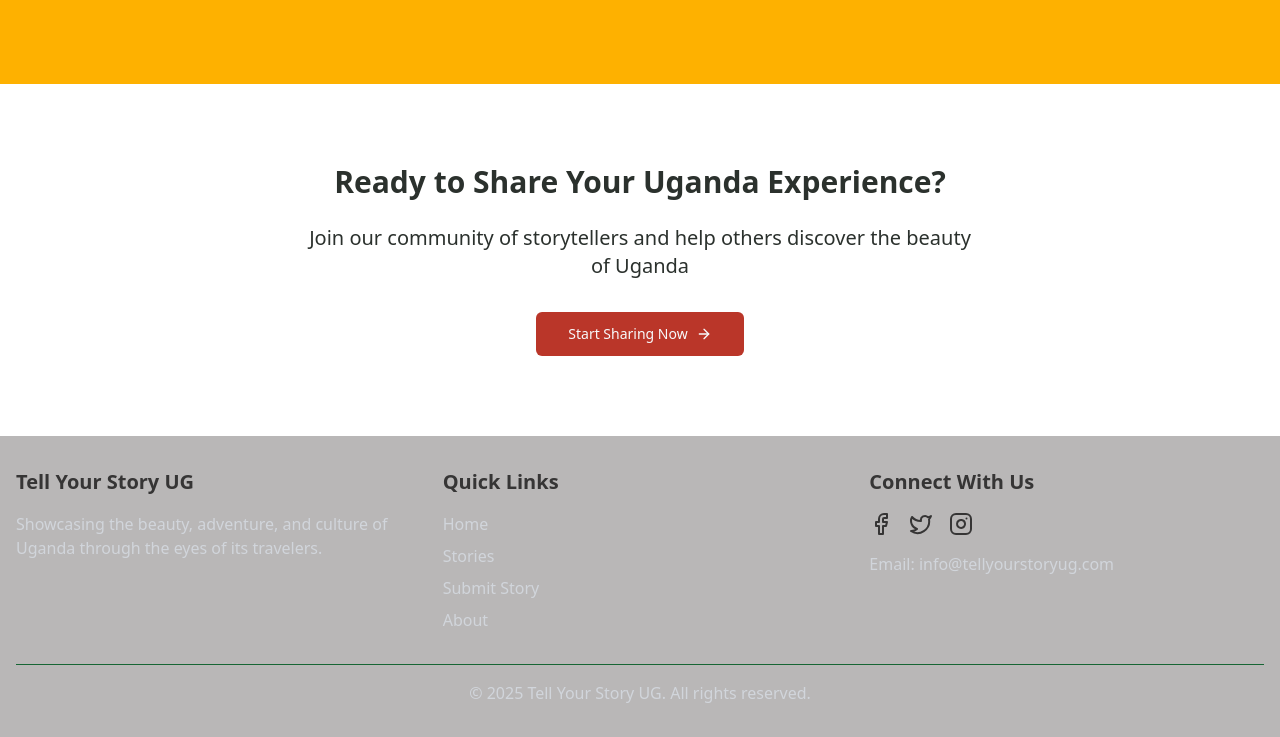
Repository: kaizoku010/take.part
Page: /
These files come from the project's save history. The page is drawn as it stood at one moment and after the next save; the edit follows.
The browser window is 1280 px wide. The pictures show the part of the page from y = 2243 to 2980 px (the page is 2980 px tall before and 2964 px after).
The project was rebuilt for these pictures with package versions that can differ from the ones it lists, and the page was loaded fresh each time. Also part of the build but not shown: vite.config.ts, src/components/ui/tooltip.tsx, src/pages/About.tsx, src/components/ui/input.tsx, src/pages/Stories.tsx, src/pages/StoryDetail.tsx, src/components/ui/use-toast.ts, src/components/ui/label.tsx and 3 more.

Above is the page before, as saved 2025-04-14 14:42:21.

### index.html

<!DOCTYPE html>
<html lang="en">
  <head>
    <meta charset="UTF-8" />
    <meta name="viewport" content="width=device-width, initial-scale=1.0" />
    <title>Tell Your Story</title>
    <meta name="description" content="Share your Ugandan tourism experiences and inspire others to explore the Pearl of Africa" />
    <meta name="author" content="muneza dixon" />

    <meta property="og:title" content="Tell Your Story UG - Explore Uganda" />
    <meta property="og:description" content="Share your Ugandan tourism experiences and inspire others to explore the Pearl of Africa" />

    <!-- Meta Pixel Code -->
    <script>
    !function(f,b,e,v,n,t,s)
    {if(f.fbq)return;n=f.fbq=function(){n.callMethod?
    n.callMethod.apply(n,arguments):n.queue.push(arguments)};
    if(!f._fbq)f._fbq=n;n.push=n;n.loaded=!0;n.version='2.0';
    n.queue=[];t=b.createElement(e);t.async=!0;
    t.src=v;s=b.getElementsByTagName(e)[0];
    s.parentNode.insertBefore(t,s)}(window, document,'script',
    'https://connect.facebook.net/en_US/fbevents.js');
    fbq('init', '1846327909352916');
    fbq('track', 'PageView');
    </script>
    <!-- End Meta Pixel Code -->
  </head>

  <body>
    <div id="root"></div>
    <!-- Facebook Pixel noscript -->
    <noscript><img height="1" width="1" style="display:none"
    src="https://www.facebook.com/tr?id=1846327909352916&ev=PageView&noscript=1"
    /></noscript>
    <!-- IMPORTANT: DO NOT REMOVE THIS SCRIPT TAG OR THIS VERY COMMENT! -->
    <script src="https://cdn.gpteng.co/gptengineer.js" type="module"></script>
    <script type="module" src="/src/main.tsx"></script>
  </body>
</html>

### src/App.tsx

import { Toaster } from "@/components/ui/toaster";
import { Toaster as Sonner } from "@/components/ui/sonner";
import { TooltipProvider } from "@/components/ui/tooltip";
import { QueryClient, QueryClientProvider } from "@tanstack/react-query";
import { BrowserRouter, Routes, Route } from "react-router-dom";
import Home from "./pages/Home";
import About from "./pages/About";
import Stories from "./pages/Stories";
import StoryDetail from "./pages/StoryDetail";
import SubmitStory from "./pages/SubmitStory";
import NotFound from "./pages/NotFound";
import "./mdx.css";

const queryClient = new QueryClient();

const App = () => (
  <QueryClientProvider client={queryClient}>
    <TooltipProvider>
      <Toaster />
      <Sonner />
      <BrowserRouter>
        <Routes>
          <Route path="/" element={<Home />} />
          <Route path="/about" element={<About />} />
          <Route path="/stories" element={<Stories />} />
          <Route path="/stories/:id" element={<StoryDetail />} />
          <Route path="/submit-story" element={<SubmitStory />} />
          {/* ADD ALL CUSTOM ROUTES ABOVE THE CATCH-ALL "*" ROUTE */}
          <Route path="*" element={<NotFound />} />
        </Routes>
      </BrowserRouter>
    </TooltipProvider>
  </QueryClientProvider>
);

export default App;

### src/index.css
@tailwind base;
@tailwind components;
@tailwind utilities;

@layer base {
  :root {
    --background: 0 0% 100%;
    --foreground: 222.2 84% 4.9%;

    --card: 0 0% 100%;
    --card-foreground: 222.2 84% 4.9%;

    --popover: 0 0% 100%;
    --popover-foreground: 222.2 84% 4.9%;

    /* Main Orange/Gold */
    --primary: 41.81 100% 49.8%;
    --primary-foreground: 210 40% 98%;

    /* Rust Red */
    --secondary: 5.38 63.88% 44.51%;
    --secondary-foreground: 210 40% 98%;

    /* Change accent to Rust Red */
    --accent: 5.38 63.88% 44.51%;
    --accent-foreground: 210 40% 98%;

    --muted: 210 40% 96.1%;
    --muted-foreground: 215.4 16.3% 46.9%;

    --destructive: 0 84.2% 60.2%;
    --destructive-foreground: 210 40% 98%;

    --border: 214.3 31.8% 91.4%;
    --input: 214.3 31.8% 91.4%;
    --ring: 5.38 63.88% 44.51%;  /* Changed to Rust Red */

    --radius: 0.5rem;

    --sidebar-background: 0 0% 98%;

    --sidebar-foreground: 240 5.3% 26.1%;

    --sidebar-primary: 240 5.9% 10%;

    --sidebar-primary-foreground: 0 0% 98%;

    --sidebar-accent: 240 4.8% 95.9%;

    --sidebar-accent-foreground: 240 5.9% 10%;

    --sidebar-border: 220 13% 91%;

    --sidebar-ring: 217.2 91.2% 59.8%;
  }

  .dark {
    --background: 222.2 84% 4.9%;
    --foreground: 210 40% 98%;

    --card: 222.2 84% 4.9%;
    --card-foreground: 210 40% 98%;

    --popover: 222.2 84% 4.9%;
    --popover-foreground: 210 40% 98%;

    /* Main Orange/Gold */
    --primary: 41.81 100% 49.8%;
    --primary-foreground: 210 40% 98%;

    /* Rust Red */
    --secondary: 5.38 63.88% 44.51%;
    --secondary-foreground: 210 40% 98%;

    /* Change accent to Rust Red */
    --accent: 5.38 63.88% 44.51%;
    --accent-foreground: 210 40% 98%;

    --muted: 217.2 32.6% 17.5%;
    --muted-foreground: 215 20.2% 65.1%;

    --destructive: 0 62.8% 30.6%;
    --destructive-foreground: 210 40% 98%;

    --border: 217.2 32.6% 17.5%;
    --input: 217.2 32.6% 17.5%;
    --ring: 5.38 63.88% 44.51%;  /* Changed to Rust Red */
    --sidebar-background: 240 5.9% 10%;
    --sidebar-foreground: 240 4.8% 95.9%;
    --sidebar-primary: 224.3 76.3% 48%;
    --sidebar-primary-foreground: 0 0% 100%;
    --sidebar-accent: 240 3.7% 15.9%;
    --sidebar-accent-foreground: 240 4.8% 95.9%;
    --sidebar-border: 240 3.7% 15.9%;
    --sidebar-ring: 217.2 91.2% 59.8%;
  }
}

@layer base {
  * {
    @apply border-border;
  }

  body {
    @apply bg-background text-foreground;
  }
}

### src/components/ui/toaster.tsx
import { useToast } from "@/hooks/use-toast"
import {
  Toast,
  ToastClose,
  ToastDescription,
  ToastProvider,
  ToastTitle,
  ToastViewport,
} from "@/components/ui/toast"

export function Toaster() {
  const { toasts } = useToast()

  return (
    <ToastProvider>
      {toasts.map(function ({ id, title, description, action, ...props }) {
        return (
          <Toast key={id} {...props}>
            <div className="grid gap-1">
              {title && <ToastTitle>{title}</ToastTitle>}
              {description && (
                <ToastDescription>{description}</ToastDescription>
              )}
            </div>
            {action}
            <ToastClose />
          </Toast>
        )
      })}
      <ToastViewport />
    </ToastProvider>
  )
}

### src/components/ui/sonner.tsx
import { useTheme } from "next-themes"
import { Toaster as Sonner, toast } from "sonner"

type ToasterProps = React.ComponentProps<typeof Sonner>

const Toaster = ({ ...props }: ToasterProps) => {
  const { theme = "system" } = useTheme()

  return (
    <Sonner
      theme={theme as ToasterProps["theme"]}
      className="toaster group"
      toastOptions={{
        classNames: {
          toast:
            "group toast group-[.toaster]:bg-background group-[.toaster]:text-foreground group-[.toaster]:border-border group-[.toaster]:shadow-lg",
          description: "group-[.toast]:text-muted-foreground",
          actionButton:
            "group-[.toast]:bg-primary group-[.toast]:text-primary-foreground",
          cancelButton:
            "group-[.toast]:bg-muted group-[.toast]:text-muted-foreground",
        },
      }}
      {...props}
    />
  )
}

export { Toaster, toast }

### src/pages/Home.tsx

import { ArrowRight, Camera, MapPin, Heart } from "lucide-react";
import { Link } from "react-router-dom";
import { Button } from "@/components/ui/button";
import { Card, CardContent, CardDescription, CardFooter, CardHeader, CardTitle } from "@/components/ui/card";
import { Carousel, CarouselContent, CarouselItem, CarouselNext, CarouselPrevious } from "@/components/ui/carousel";
import Layout from "@/components/layout/Layout";
import Bikes from "../media/hero.jpg";
import M1 from "../media/m1.jpg";
import M2 from "../media/m2.jpg";
import M3 from "../media/m3.jpg";
import M4 from "../media/m5.jpg";
import M7 from "../media/m4.jpg";
import M8 from "../media/m7.jpg";
import M9 from "../media/m22.jpeg";
import M0 from "../media/m0.jpeg";


// Featured story data (in a real app, this would come from an API)
const featuredStories = [
  {
    id: 1,
    title: "A Day with Mountain Gorillas",
    location: "Bwindi Impenetrable Forest",
    author: "Sarah Johnson",
    excerpt: "My life-changing encounter with Uganda's gentle giants in their natural habitat.",
    image: M1,
    likes: 128
  },
  {
    id: 2,
    title: "Sunset Safari on the Nile",
    location: "Murchison Falls National Park",
    author: "Michael Tumusiime",
    excerpt: "Witnessing the spectacular wildlife along Uganda's iconic river.",
    image: M2,
    likes: 93
  },
  {
    id: 3,
    title: "Traditional Dance Experience",
    location: "Kampala Cultural Center",
    author: "Emma Nakato",
    excerpt: "Immersing in the vibrant rhythms and movements of Ugandan cultural dances.",
    image: M3,
    likes: 87
  },
  {
    id: 4,
    title: "Hiking the Rwenzori Mountains",
    location: "Rwenzori Mountains National Park",
    author: "David Okello",
    excerpt: "My journey through the legendary Mountains of the Moon.",
    image: M4,
    likes: 115
  }
];

const Home = () => {
  return (
    <Layout>
      {/* Hero Section */}
      <section className="relative h-[80vh] bg-cover bg-center flex items-center"
        style={{
          backgroundImage: `linear-gradient(rgba(0,0,0,0.5), rgba(0,0,0,0.5)), url(${Bikes})`
        }}>
        <div className="container mx-auto px-4 text-center text-white">
          <h1 className="text-4xl md:text-6xl font-bold mb-4 drop-shadow-lg">Tell Your Story</h1>
          <p id="hero-text" className="text-xl md:text-2xl mb-8 max-w-2xl mx-auto drop-shadow-md">
            Share your Ugandan adventures and inspire others to explore the Pearl of Africa
          </p>
          <div className="flex flex-col sm:flex-row gap-4 justify-center">
            <Button size="lg" className="bg-yellow-500 hover:bg-yellow-600 text-black">
              <Link to="/submit-story" className="flex items-center">
                {/* <Camera size={20} /> */}
                Share Your Story
              </Link>
            </Button>
            {/* <Button size="lg" variant="outline" className="text-white border-white hover:bg-white/10">
              <Link to="/stories" className="flex items-center gap-2">
                Browse Stories
                <ArrowRight size={20} />
              </Link>
            </Button> */}
          </div>
        </div>
      </section>

      {/* About Section */}
      <section className="py-16 bg-green-50">
        <div className="container mx-auto px-4">
          <div className="text-center mb-12">
            <h2 className="text-3xl font-bold text-green-800 mb-4">About The Campaign</h2>
            <div className="w-20 h-1 bg-yellow-500 mx-auto mb-6"></div>
            <p className="text-lg max-w-3xl mx-auto text-gray-700">
              <strong>Tell Your Story UG</strong> is an exciting digital campaign designed
              to showcase the beauty, adventure, and culture of Uganda
              through the eyes of its travelers. We invite everyone (locals, tourists, and travel enthusiasts)
              to share their unique Ugandan tourism experiences and
              inspire others to explore the Pearl of Africa.
            </p>
          </div>
        </div>
      </section>

      {/* Featured Stories Section */}
      <section className="py-16">
        <div className="container mx-auto px-4">
          <div className="text-center mb-12">
            <h2 className="text-3xl font-bold text-green-800 mb-4">Featured Images</h2>
            <div className="w-20 h-1 bg-yellow-500 mx-auto mb-6"></div>
            <p className="text-lg max-w-3xl mx-auto text-gray-600">
              Discover inspiring experiences from travelers who have explored Uganda's wonders
            </p>
          </div>

          <div className="grid grid-cols-1 md:grid-cols-2 lg:grid-cols-4 gap-6">
            {featuredStories.map((story) => (
              <Card key={story.id} className="hover:-translate-y-1 transition-transform duration-300">
                <div className="h-48 overflow-hidden">
                  <img
                    src={story.image}
                    alt={story.title}
                    className="w-full h-full object-cover hover:scale-105 transition-transform duration-500"
                  />
                </div>
                {/* <CardHeader>
                  <div className="flex items-center text-sm text-gray-500 mb-1">
                    <MapPin size={16} className="mr-1" /> {story.location}
                  </div>
                  <CardTitle>{story.title}</CardTitle>
                  <CardDescription>By {story.author}</CardDescription>
                </CardHeader>
                <CardContent>
                  <p className="text-gray-600">{story.excerpt}</p>
                </CardContent>
                <CardFooter className="flex justify-between">
                  <div className="flex items-center text-gray-500">
                    <Heart size={16} className="mr-1" /> {story.likes}
                  </div>
                  <Link to={`/stories/${story.id}`} className="text-green-700 hover:text-green-800 font-medium text-sm flex items-center">
                    Read More <ArrowRight size={16} className="ml-1" />
                  </Link>
                </CardFooter> */}
              </Card>
            ))}
          </div>

          <div className="text-center mt-12">
            <Button className="bg-green-800 hover:bg-green-800">
              <Link to="/stories" className="flex items-center gap-2">
                View All More
                <ArrowRight size={20} />
              </Link>
            </Button>
          </div>
        </div>
      </section>

      {/* Carousel */}
      <section id="carousel-section" className="py-16 text-white">
        <div className="container mx-auto px-4">
          <div className="text-center mb-12">
            <h2 className="text-3xl font-bold mb-4">Uganda's Natural Beauty</h2>
            <div className="w-20 h-1 bg-yellow-500 mx-auto mb-6"></div>
            <p className="text-lg max-w-3xl mx-auto text-gray-200">
              Explore stunning images from across the Pearl of Africa
            </p>
          </div>

          <Carousel className="max-w-4xl mx-auto">
            <CarouselContent>
              <CarouselItem>
                <div className="p-1">
                  <div className="overflow-hidden rounded-lg h-96">
                    <img
src={M7}
alt="Uganda landscape"
                      className="w-full h-full object-cover"
                    />
                  </div>
                  {/* <div className="text-center mt-4">
                    <h3 className="text-xl font-medium">The Nile River at Sunset</h3>
                    <p className="text-gray-300">Jinja, Eastern Uganda</p>
                  </div> */}
                </div>
              </CarouselItem>
              <CarouselItem>
                <div className="p-1">
                  <div className="overflow-hidden rounded-lg h-96">
                    <img
src={M8}
alt="Uganda landscape"
                      className="w-full h-full object-cover"
                    />
                  </div>
                  {/* <div className="text-center mt-4">
                    <h3 className="text-xl font-medium">Murchison Falls</h3>
                    <p className="text-gray-300">Murchison Falls National Park</p>
                  </div> */}
                </div>
              </CarouselItem>
              <CarouselItem>
                <div className="p-1">
                  <div className="overflow-hidden rounded-lg h-96">
                    <img
src={M9}
alt="Uganda landscape"
                      className="w-full h-full object-cover"
                    />
                  </div>
                  {/* <div className="text-center mt-4">
                    <h3 className="text-xl font-medium">Scenic Mountain Views</h3>
                    <p className="text-gray-300">Rwenzori Mountains</p>
                  </div> */}
                </div>
              </CarouselItem>
            </CarouselContent>
            <CarouselPrevious className="left-2" />
            <CarouselNext className="right-2" />
          </Carousel>
        </div>
      </section>

      {/* Call to Action */}
      <section className="py-20">
        <div className="container mx-auto px-4 text-center">
          <h2 className="text-3xl font-bold text-green-800 mb-6">Ready to Share Your Uganda Experience?</h2>
          <p className="text-xl text-green-800 mb-8 max-w-2xl mx-auto">
            Join our community of storytellers and help others discover the beauty of Uganda
          </p>
          <Button size="lg" className="bg-green-800 hover:bg-green-900">
            <Link to="/submit-story" className="flex items-center gap-2">
              Start Sharing Now
              <ArrowRight size={20} />
            </Link>
          </Button>
        </div>
      </section>
    </Layout>
  );
};

export default Home;

### src/mdx.css
/* #hero-text{
    font-size: medium !important;
} */

#logo{
    width: 6rem !important;
}

#link{
    font-weight: 500;
color:rgba(0, 0, 0, 0.658) !important;
}


.bg-green-800{
    background-color: #ba3629 !important;
}

.bg-yellow-800{
    background-color: rgb(254, 177, 0) !important;
}

.bg-green-900 {
    color: rgb(54, 53, 53) !important;
background-color: rgb(185, 183, 183) !important;
}


.text-green-800 {
    --tw-text-opacity: 1;
    color: rgb(43 49 45) !important;
}


#carousel-section{
    padding-top: 5rem;
    padding-bottom: 5rem;
    background-color: #feb100 !important;
}

.bg-background {
    background-color: #212120 !important;
}

### src/components/ui/button.tsx
import * as React from "react"
import { Slot } from "@radix-ui/react-slot"
import { cva, type VariantProps } from "class-variance-authority"

import { cn } from "@/lib/utils"

const buttonVariants = cva(
  "inline-flex items-center justify-center gap-2 whitespace-nowrap rounded-md text-sm font-medium ring-offset-background transition-colors focus-visible:outline-none focus-visible:ring-2 focus-visible:ring-ring focus-visible:ring-offset-2 disabled:pointer-events-none disabled:opacity-50 [&_svg]:pointer-events-none [&_svg]:size-4 [&_svg]:shrink-0",
  {
    variants: {
      variant: {
        default: "bg-primary text-primary-foreground hover:bg-primary/90",
        destructive:
          "bg-destructive text-destructive-foreground hover:bg-destructive/90",
        outline:
          "border border-input bg-background hover:bg-accent hover:text-accent-foreground",
        secondary:
          "bg-secondary text-secondary-foreground hover:bg-secondary/80",
        ghost: "hover:bg-accent hover:text-accent-foreground",
        link: "text-primary underline-offset-4 hover:underline",
      },
      size: {
        default: "h-10 px-4 py-2",
        sm: "h-9 rounded-md px-3",
        lg: "h-11 rounded-md px-8",
        icon: "h-10 w-10",
      },
    },
    defaultVariants: {
      variant: "default",
      size: "default",
    },
  }
)

export interface ButtonProps
  extends React.ButtonHTMLAttributes<HTMLButtonElement>,
    VariantProps<typeof buttonVariants> {
  asChild?: boolean
}

const Button = React.forwardRef<HTMLButtonElement, ButtonProps>(
  ({ className, variant, size, asChild = false, ...props }, ref) => {
    const Comp = asChild ? Slot : "button"
    return (
      <Comp
        className={cn(buttonVariants({ variant, size, className }))}
        ref={ref}
        {...props}
      />
    )
  }
)
Button.displayName = "Button"

export { Button, buttonVariants }

### src/components/ui/card.tsx
import * as React from "react"

import { cn } from "@/lib/utils"

const Card = React.forwardRef<
  HTMLDivElement,
  React.HTMLAttributes<HTMLDivElement>
>(({ className, ...props }, ref) => (
  <div
    ref={ref}
    className={cn(
      "rounded-lg border bg-card text-card-foreground shadow-sm",
      className
    )}
    {...props}
  />
))
Card.displayName = "Card"

const CardHeader = React.forwardRef<
  HTMLDivElement,
  React.HTMLAttributes<HTMLDivElement>
>(({ className, ...props }, ref) => (
  <div
    ref={ref}
    className={cn("flex flex-col space-y-1.5 p-6", className)}
    {...props}
  />
))
CardHeader.displayName = "CardHeader"

const CardTitle = React.forwardRef<
  HTMLParagraphElement,
  React.HTMLAttributes<HTMLHeadingElement>
>(({ className, ...props }, ref) => (
  <h3
    ref={ref}
    className={cn(
      "text-2xl font-semibold leading-none tracking-tight",
      className
    )}
    {...props}
  />
))
CardTitle.displayName = "CardTitle"

const CardDescription = React.forwardRef<
  HTMLParagraphElement,
  React.HTMLAttributes<HTMLParagraphElement>
>(({ className, ...props }, ref) => (
  <p
    ref={ref}
    className={cn("text-sm text-muted-foreground", className)}
    {...props}
  />
))
CardDescription.displayName = "CardDescription"

const CardContent = React.forwardRef<
  HTMLDivElement,
  React.HTMLAttributes<HTMLDivElement>
>(({ className, ...props }, ref) => (
  <div ref={ref} className={cn("p-6 pt-0", className)} {...props} />
))
CardContent.displayName = "CardContent"

const CardFooter = React.forwardRef<
  HTMLDivElement,
  React.HTMLAttributes<HTMLDivElement>
>(({ className, ...props }, ref) => (
  <div
    ref={ref}
    className={cn("flex items-center p-6 pt-0", className)}
    {...props}
  />
))
CardFooter.displayName = "CardFooter"

export { Card, CardHeader, CardFooter, CardTitle, CardDescription, CardContent }

### src/components/layout/Layout.tsx

import { ReactNode } from "react";
import Header from "./Header";
import Footer from "./Footer";

interface LayoutProps {
  children: ReactNode;
}

const Layout = ({ children }: LayoutProps) => {
  return (
    <div className="flex flex-col min-h-screen">
      <Header />
      <main className="flex-grow">
        {children}
      </main>
      <Footer />
    </div>
  );
};

export default Layout;

Loaded but not shown: src/main.tsx (common file); src/hooks/use-toast.ts (common file); src/lib/utils.ts (common file); src/components/ui/carousel.tsx (260 lines, source omitted); src/components/ui/toast.tsx (127 lines, source omitted); src/components/layout/Header.tsx (84 lines, source omitted); src/components/layout/Footer.tsx (54 lines, source omitted); tailwind.config.ts (98 lines, source omitted)

After the next save:
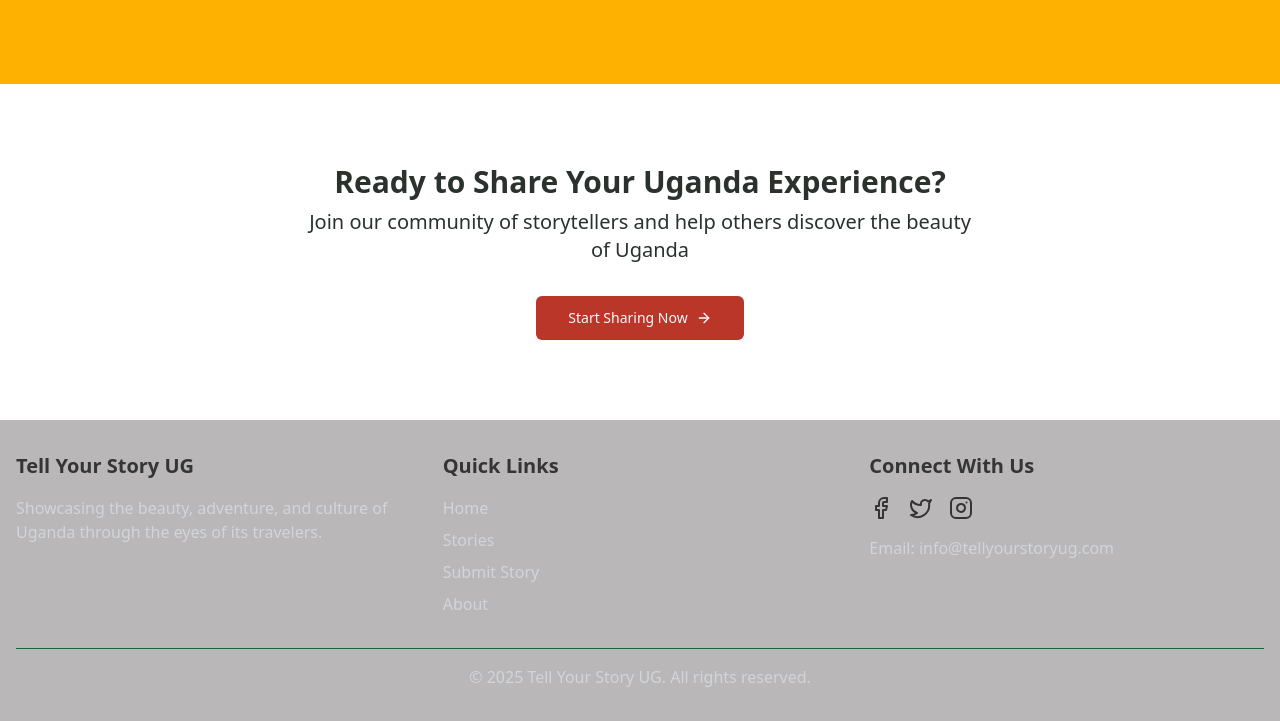
Saved 23 s later.
--- a/src/pages/Home.tsx
+++ b/src/pages/Home.tsx
@@ -225,7 +225,7 @@ alt="Uganda landscape"
       {/* Call to Action */}
       <section className="py-20">
         <div className="container mx-auto px-4 text-center">
-          <h2 className="text-3xl font-bold text-green-800 mb-6">Ready to Share Your Uganda Experience?</h2>
+          <h2 className="text-3xl font-bold text-green-800 mb-2">Ready to Share Your Uganda Experience?</h2>
           <p className="text-xl text-green-800 mb-8 max-w-2xl mx-auto">
             Join our community of storytellers and help others discover the beauty of Uganda
           </p>
